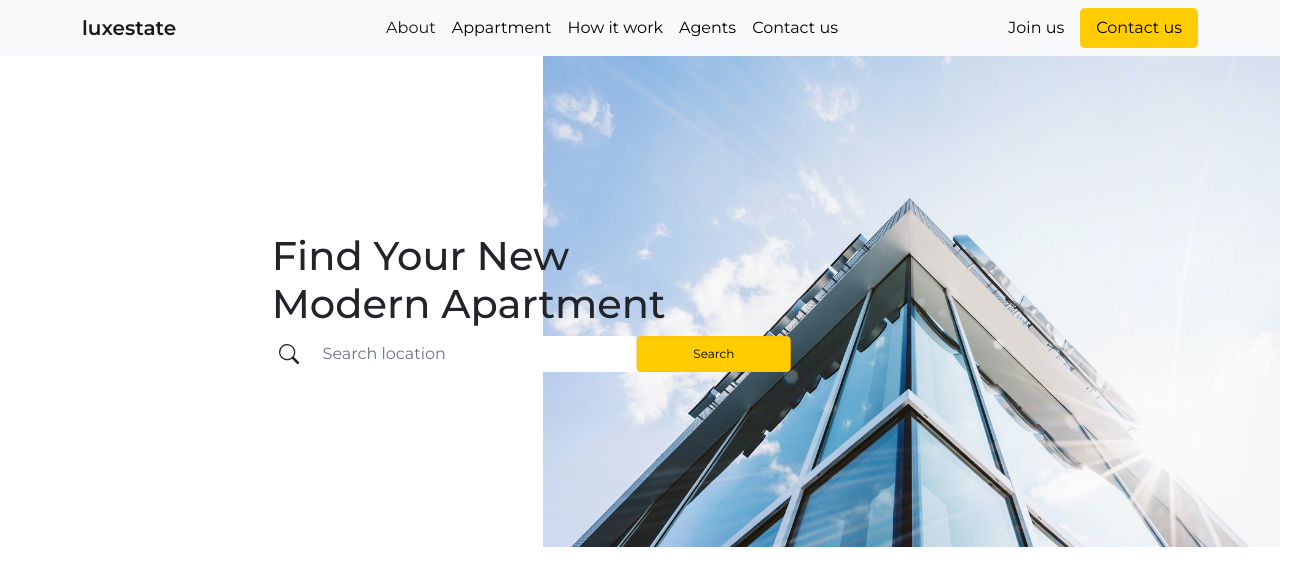
Repository: Toqa-25/luxstate
Page: index.html
The author's editor kept a copy of each file at every save. The page is drawn from the files as they stood at one save, then again after the next save.
The browser window is 1280 px wide. The page is 1292 px wide, so the pictures cover 1292 px, including what lies to the right of the window. The pictures show the whole page.

Above is the page before, as saved 2021-06-07 20:29:36.

### index.html
<!DOCTYPE html>
<html lang="en">
<head>
    <meta charset="UTF-8">
    <meta http-equiv="X-UA-Compatible" content="IE=edge">
    <meta name="viewport" content="width=device-width, initial-scale=1.0">
    <!-- Bootstrap file -->
    <link rel="stylesheet" href="css/bootstrap.css">
    <!-- My Bootstrap file -->
    <link rel="stylesheet" href="css/my-bootstrap.css">
    <!-- all main style -->
    <link rel="stylesheet" href="css/all.min.css">
    <!-- CDN css file -->
    <link href="https://cdn.jsdelivr.net/npm/bootstrap@5.0.1/dist/css/bootstrap.min.css" rel="stylesheet" integrity="sha384-+0n0xVW2eSR5OomGNYDnhzAbDsOXxcvSN1TPprVMTNDbiYZCxYbOOl7+AMvyTG2x" crossorigin="anonymous">
    <!-- Style file -->
    <link rel="stylesheet" href="css/style.css">
    <!-- web fonts -->
    <link rel="preconnect" href="https://fonts.gstatic.com">
<link href="https://fonts.googleapis.com/css2?family=Montserrat:wght@100;200;300;400;500;600;700;800;900&display=swap" rel="stylesheet">
    <title>Bootstarp</title>
</head>
<body>
    <nav class="navbar navbar-expand-lg navbar-light bg-light">
        <div class="container">
          <a class="navbar-brand" href="#">luxestate</a>
          <button class="navbar-toggler" type="button" data-bs-toggle="collapse" data-bs-target="#navbarSupportedContent" aria-controls="navbarSupportedContent" aria-expanded="false" aria-label="Toggle navigation">
            <span class="navbar-toggler-icon"></span>
          </button>
          <div class="collapse navbar-collapse offset-2 navbar-light" id="navbarSupportedContent">
            <ul class="navbar-nav me-auto mb-2 mb-lg-0 ">
              <li class="nav-item">
                <a class="nav-link active" aria-current="page" href="#">About</a>
              </li>
              <li class="nav-item ">
                <a class="nav-link " href="#">Appartment</a>
              </li>
              <li class="nav-item">
                <a class="nav-link" href="#">How it work</a>
              </li>
              <li class="nav-item">
                <a class="nav-link" href="#">Agents</a>
              </li>
              <li class="nav-item">
                <a class="nav-link" href="#">Contact us</a>
              </li>

            </ul>
            <ul class="nav justify-content-end last-nav">
                <li class="nav-item">
                  <a class="nav-link active" aria-current="page" href="#">Join us</a>
                </li>
                <li class="nav-item focuse">
                  <a class="nav-link " href="#">Contact us</a>
                </li>

              </ul>
          </div>
        </div>
      </nav>
      <header>
      <div class="row">
        <img src="images/cover-unsplash.jpg" class="img-fluid float-end col-7" alt="...">
          <div class="header-text  col-5 order-first">
              <h1>Find Your New <br>
                Modern Apartment </h1>
                <form class="d-flex">
                    <svg xmlns="http://www.w3.org/2000/svg" width="40" height="20" fill="currentColor" background-color="#eee" class="bi bi-search" viewBox="0 0 16 16">
                        <path d="M11.742 10.344a6.5 6.5 0 1 0-1.397 1.398h-.001c.03.04.062.078.098.115l3.85 3.85a1 1 0 0 0 1.415-1.414l-3.85-3.85a1.007 1.007 0 0 0-.115-.1zM12 6.5a5.5 5.5 0 1 1-11 0 5.5 5.5 0 0 1 11 0z"/>
                      </svg>
                    <input class="form-control " type="search" placeholder=" Search location" aria-label="Search">
                    <button class="btn btn-warning" type="submit">Search </button>
                  </form>
          </div>

      </div>

    </header>

      <script src="js/bootstrap.min.js"></script>
</body>
</html>

### css/style.css
/* veriables */
:root{
    --main-color:#ffcc01;
}

/* global rules */
body{
    font-family: 'Montserrat', sans-serif;
    margin: 0;
    padding: 0;
}
 /* file style */

 .navbar-light .navbar-nav .nav-link,
 .last-nav  .nav-item .nav-link {
    color: black;
    font-weight: 400;
    font-size: ;
}
.navbar-brand{
    font-weight: 600;
}
.last-nav   .focuse{
    background-color: var(--main-color);
    border-radius: 5px;
}
.header-text svg{
    margin:auto 5px;
}
.header-text input{
    border: none
}
.header-text button{
    background: var(--main-color);
    font-size: .75rem;
    width: 45%;
}
.header-text .d-flex{

}
.header-text{
    margin: auto;
    transform: translate(50%);
}
header .row{
    position: relative;
}

Loaded but not shown: css/my-bootstrap.css (library); css/all.min.css (library); js/bootstrap.min.js (library); css/bootstrap.css (no copy from this time; the picture is the same without it)

After the next save:
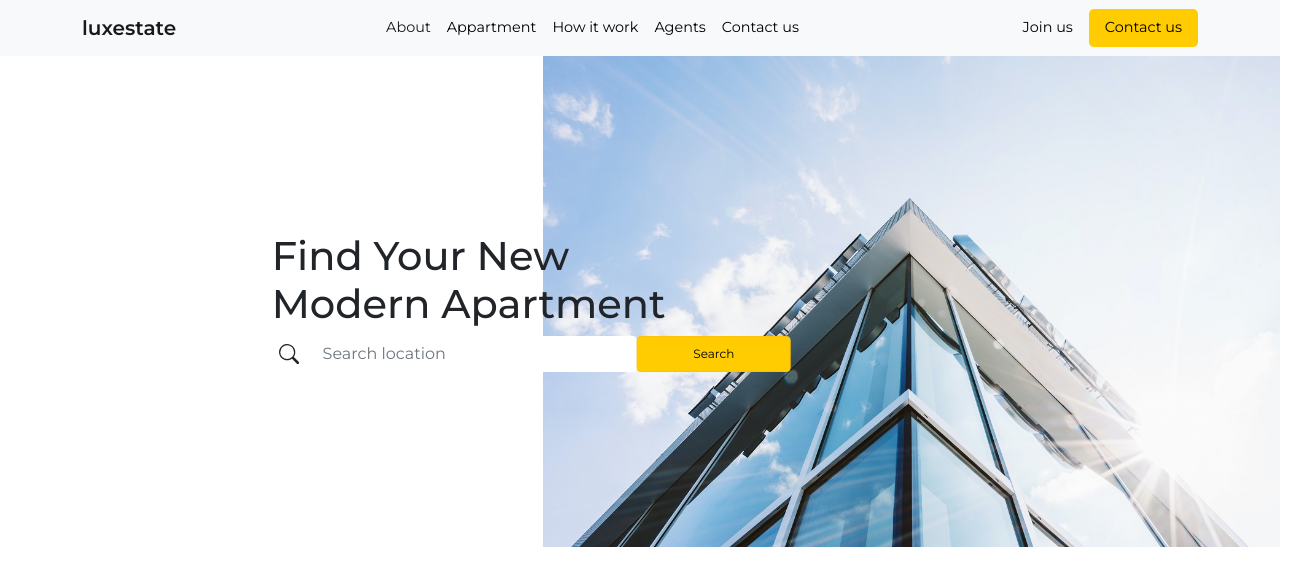
Saved 5 s later.
--- a/css/style.css
+++ b/css/style.css
@@ -15,7 +15,7 @@ body{
  .last-nav  .nav-item .nav-link {
     color: black;
     font-weight: 400;
-    font-size: ;
+    font-size: .9rem;
 }
 .navbar-brand{
     font-weight: 600;
